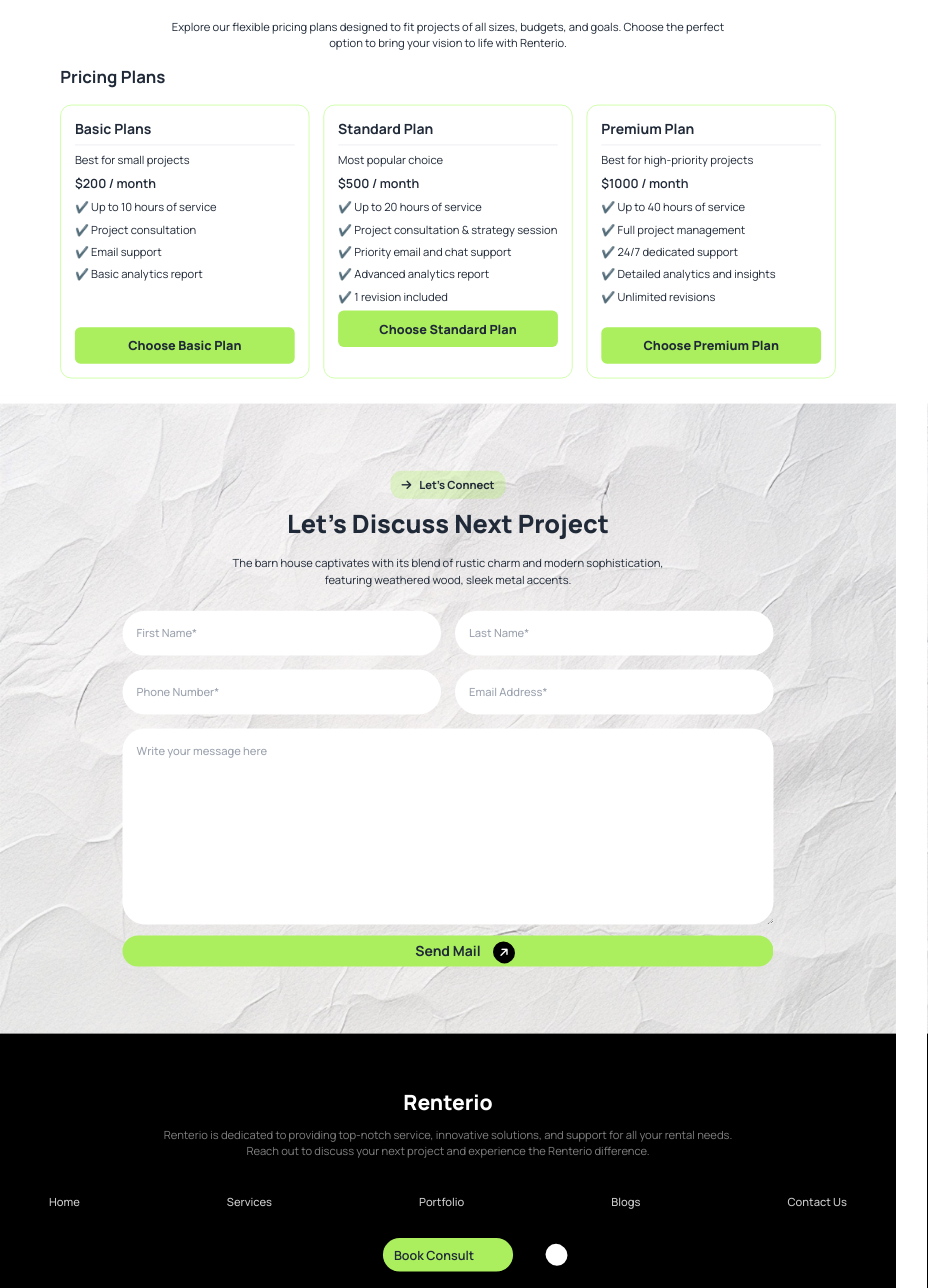
Repository: Tanvir4312/assignment-03
Page: index.html
An editor plug-in stored every save of this project. The page is shown before and after the next save, followed by the edit.
The browser window is 1280 px wide. The page is 1325 px wide, so the pictures cover 1325 px, including what lies to the right of the window. The pictures show the part of the page from y = 3182 to 5022 px (the page is 5022 px tall), at 70% of full size.
Some web libraries are served in a nearby version.

Above is the page before, as saved 2024-10-30 21:48:31.

### index.html
<!DOCTYPE html>
<html lang="en">

<head>
    <meta charset="UTF-8">
    <meta name="viewport" content="width=device-width, initial-scale=1.0">
    <title>Renterio</title>
    <link rel="stylesheet" href="styles/styles.css">
    <!-- DaisyUI -->
    <link href="https://cdn.jsdelivr.net/npm/daisyui@4.12.14/dist/full.min.css" rel="stylesheet" type="text/css" />
    <script src="https://cdn.tailwindcss.com"></script>
    <!-- Icon -->
    <link rel="stylesheet" href="https://cdnjs.cloudflare.com/ajax/libs/font-awesome/6.6.0/css/all.min.css"
        integrity="sha512-Kc323vGBEqzTmouAECnVceyQqyqdsSiqLQISBL29aUW4U/M7pSPA/gEUZQqv1cwx4OnYxTxve5UMg5GT6L4JJg=="
        crossorigin="anonymous" referrerpolicy="no-referrer" />

    <script>
        tailwind.config = {
            theme: {
                extend: {
                    colors: {
                        clifford: '#da373d',
                        bgBtnColor: '#ABEF5F',
                        btnTextAndWorksTextColor: '#1C1C1C',
                        mainColor: '#212121',
                        secondaryColor: '#494949',

                    }
                }
            }
        }
    </script>
</head>

<body class="manrope-font">
    <header>
        <!-- Navbar -->
        <nav class="container mx-auto">
            <div class="navbar relative py-14">
                <div class="navbar-start">
                    <div class="absolute right-0">
                        <div class="dropdown">
                            <div tabindex="0" role="button"
                                class="btn btn-ghost mr-2 lg:hidden border border-[rgba(233,233,233)] rounded-full bg-[#f9f8f8]">
                                <svg xmlns="http://www.w3.org/2000/svg" class="h-5 w-5" fill="none" viewBox="0 0 24 24"
                                    stroke="currentColor">
                                    <path stroke-linecap="round" stroke-linejoin="round" stroke-width="2"
                                        d="M4 6h16M4 12h8m-8 6h16" />
                                </svg>
                            </div>
                            <div class="absolute -left-20">
                                <ul tabindex=""
                                    class="menu menu-sm dropdown-content bg-base-100 rounded-box z-[1] p-2 shadow w-32">
                                    <li><a>Home</a></li>
                                    <li><a>Services</a></li>
                                    <li><a>Portfolio</a></li>
                                    <li><a>Blogs</a></li>
                                    <li><a>Contact Us</a></li>
                                </ul>
                            </div>
                        </div>
                    </div>
                    <i class="fa-solid fa-arrow-right -rotate-45 bg-bgBtnColor p-2 rounded-full	"></i>
                    <a class="btn btn-ghost font-extrabold text-3xl pl-2">Renterio</a>
                </div>
                <div class="navbar-center hidden lg:flex">
                    <ul class="menu menu-horizontal px-1">
                        <li><a class="font-extrabold">Home</a></li>
                        <li><a>Services</a></li>
                        <li><a>Portfolio</a></li>
                        <li><a>Blogs</a></li>
                        <li><a>Contact Us</a></li>
                    </ul>
                </div>

                <div class="navbar-end hidden md:block">
                    <div class="flex justify-end">
                        <div class="flex items-center gap-3 mr-2">
                            <div class="px-3 py-1 border border-[rgba(233,233,233)] rounded-full bg-[#f9f8f8]">
                                <i class="fa-solid fa-magnifying-glass"></i>
                            </div>
                            <div class="px-3 py-1 border border-[rgba(233,233,233)] rounded-full bg-[#f9f8f8]">
                                <i class="fa-solid fa-cart-shopping"></i>
                            </div>
                        </div>
                        <div class="relative ">
                            <button class="btn bg-bgBtnColor rounded-3xl pr-14 text-lg font-semibold">Book
                                Consult</button>
                            <i
                                class="fa-solid fa-arrow-right -rotate-45 bg-black text-white p-2 rounded-full absolute top-2 right-4 "></i>
                        </div>
                    </div>
                </div>
            </div>
        </nav>
        <!-- Banner -->
        <section class="banner text-center">
            <!-- Banner Image -->
            <div class="flex justify-center px-14">
                <img src="./assets/banner.png" alt="">
            </div>
            <!-- Banner Text -->
            <div class="mt-6">
                <h1 class="text-3xl md:text-6xl font-extrabold md:leading-[80px]">A barn house of this design
                    has a <br>striking appearance
                </h1>
                <p class="mt-6 mb-8 px-5">The barn house captivates with its blend of rustic charm and modern
                    sophistication,
                    featuring weathered wood, sleek metal <br> accents, and large windows that flood the space with
                    natural light.</p>
                <!-- Banner Button -->
                <div class="relative flex px-2 md:justify-center md:items-center">
                    <div class="w-full text-start md:text-center">
                        <button
                            class="btn border border-[rgba(171,239,95)] bg-[rgba(171,239,95,0.5)] rounded-3xl mainColor text-xl font-extrabold pr-14 l w-full md:w-52">View
                            Details</button>
                    </div>
                    <div>
                        <i
                            class="fa-solid fa-arrow-right -rotate-45 bg-bgBtnColor p-2 rounded-full absolute bottom-2 right-[590px]"></i>

                        <i
                            class="md:hidden absolute top-3 right-20 fa-solid fa-arrow-right -rotate-45 bg-bgBtnColor p-2 rounded-full"></i>
                    </div>
                </div>
            </div>
        </section>
    </header>

    <main class="bg-[#F4F4F4]">
        <!-- Commercial and Residential Section -->
        <section class="bg-[#F4F4F4] md:my-24 my-5 pt-7 pb-5 md:pb-20">
            <!-- Vector Image -->
            <img class="hidden md:block border-dashed border-2 border-slate-300 py-7 ml-9" src="./assets/Vector.png"
                alt="">
            <div class="md:w-[1140px] mx-auto grid md:grid-cols-2 grid-cols-1 gap-5 p-4 md:p-0">
                <div>
                    <!-- About Us Button -->
                    <div class="flex justify-center md:flex-col">
                        <div class="bg-white w-32 py-2 px-4 rounded-2xl">
                            <i class="fa-solid fa-arrow-right pr-2"></i>
                            <button class="font-bold">About Us</button>
                        </div>
                    </div>
                    <!-- Text -->
                    <div class="mt-4 md:text-start text-center">
                        <h1 class="text-2xl md:text-4xl font-bold mainColor mb-6">We design thoughtful, <br> liveable
                            spaces
                        </h1>
                        <p class="secondaryColor">The barn house captivates with its blend of rustic charm and
                            modern sophistication, featuring weathered wood, sleek metal accents.</p>
                    </div>

                    <div class="flex md:items-center gap-5 my-6 bg-white p-6 rounded-2xl">
                        <!-- Image -->
                        <div>
                            <img src="./assets/commercial.png" alt="">
                        </div>
                        <!-- Text -->
                        <div>
                            <h3 class="text-xl font-extrabold">Commercial</h3>
                            <p><small>The barn house captivates with its blend <br> of rustic charm and modern.</small>
                            </p>
                        </div>
                    </div>
                    <div class="flex md:items-center gap-5 bg-white p-6 rounded-2xl">
                        <!-- Image -->
                        <div>
                            <img src="./assets/residential.png" alt="">
                        </div>
                        <!-- Text -->
                        <div>
                            <h3 class="text-xl font-extrabold">Residential</h3>
                            <p><small>The barn house captivates with its blend <br> of rustic charm and modern.</small>
                            </p>
                        </div>
                    </div>

                </div>
                <!-- Image -->
                <div>
                    <img class="h-60 w-full md:h-[500px]" src="./assets/Rectangle.png" alt="">
                </div>
            </div>
        </section>
        <!-- Works Process section -->
        <section class="md:w-[1140px] mx-auto px-4 md:px-0 md:pb-24">
            <!-- Works Button -->
            <div class="flex justify-center">
                <div class="bg-white py-2 px-4 rounded-2xl">
                    <i class="fa-solid fa-arrow-right pr-2"></i>
                    <button class="font-bold">How We Works</button>
                </div>
            </div>
            <!-- Text -->
            <div class="text-center">
                <h1 class="py-4 md:py-6 text-2xl md:text-4xl font-bold">Our Works Process</h1>
                <p>The barn house captivates with its blend of rustic charm and modern sophistication, <br> featuring
                    weathered wood, sleek metal accents.</p>
            </div>
            <!-- Card -->
            <div class="card grid grid-cols-1 md:grid-cols-4 gap-4 my-8">
                <div class="bg-[rgba(231,193,211)] rounded-2xl p-5">
                    <img src="./assets/concept.png" alt="">
                    <h4 class="py-2 text-xl font-bold">Concept</h4>
                    <p>The barn house captivates with its blend of rustic charm and modern.</p>
                </div>
                <div class="bg-[rgba(239,218,110)] rounded-2xl p-5">
                    <img src="./assets/flow-chart.png" alt="">
                    <h4 class="py-2 text-xl font-bold">Design Process</h4>
                    <p>The barn house captivates with its blend of rustic charm and modern.</p>
                </div>
                <div class="bg-[rgba(164,218,195)] rounded-2xl p-5">
                    <img src="./assets/concept.png" alt="">
                    <h4 class="py-2 text-xl font-bold">Supervision</h4>
                    <p>The barn house captivates with its blend of rustic charm and modern.</p>
                </div>
                <div class="bg-[rgba(119,170,234)] rounded-2xl p-5">
                    <img src="./assets/concept.png" alt="">
                    <h4 class="py-2 text-xl font-bold">Budget Planning</h4>
                    <p>The barn house captivates with its blend of rustic charm and modern.</p>
                </div>
            </div>
        </section>
        <!-- Latest Portfolio Section -->
        <section class="md:bg-white">
            <div class=" md:w-[1140px] mx-auto py-6 px-4 md:pt-20">
                <!-- Latest Works Button -->
                <div class="flex justify-center">
                    <div class="bg-[rgba(171,239,95,0.2)] py-2 px-4 rounded-2xl">
                        <i class="fa-solid fa-arrow-right pr-2"></i>
                        <button class="font-bold">Explore our Latest works</button>
                    </div>
                </div>
                <!-- Text -->
                <div class="text-center">
                    <h1 class="pt-4 pb-6 md:text-4xl text-2xl font-bold">Our Latest Portfolio</h1>
                    <p>The barn house captivates with its blend of rustic charm and modern sophistication, <br>
                        featuring
                        weathered wood, sleek metal accents.</p>
                </div>
                <!-- Latest Portfolio Card First Row -->
                <div class="pt-8 grid grid-cols-1 md:grid-cols-3 gap-5">
                    <!-- First Card -->
                    <div class="md:col-span-2 rounded-2xl ">
                        <div class="md:flex gap-6 border border-[rgba(233,233,233)] rounded-2xl p-5 bg-white">
                            <img src="./assets/img1.png" alt="">
                            <div>
                                <h3 class="text-2xl font-extrabold">Commercial</h3>
                                <p class="pt-4 pb-6">The barn house captivates with its blend of rustic charm and
                                    modern. The barn house
                                    captivates with its blend of rustic charm and modern .</p>

                                <a class="text-xl font-extrabold pr-1" href="">View Details</a>
                                <i class="fa-solid fa-arrow-right -rotate-45 bg-bgBtnColor p-2 rounded-full	"></i>
                            </div>
                        </div>
                    </div>
                    <!-- Second Card -->
                    <div class="border border-[rgba(233,233,233)] rounded-2xl p-5 bg-white">
                        <img src="./assets/img2.png" alt="">
                    </div>

                </div>
                <!-- Latest Portfolio Card Second Row -->
                <div class="grid grid-cols-1 md:grid-cols-4 gap-5 mt-5">
                    <!-- First Card -->
                    <div class="border border-[rgba(233,233,233)] rounded-2xl p-5 bg-white">
                        <img class="h-full w-full" src="./assets/img3.png" alt="">
                    </div>
                    <!-- Second Card -->
                    <div class="md:col-span-2 rounded-2xl ">
                        <div class="md:flex gap-6 border border-[rgba(233,233,233)] rounded-2xl p-5 bg-white">
                            <img src="./assets/img4.png" alt="">
                            <div>
                                <h3 class="text-2xl font-extrabold">Commercial</h3>
                                <p class="pt-4 pb-6">The barn house captivates with its blend of rustic charm and
                                    modern.</p>

                                <a class="text-xl font-extrabold pr-1" href="">View Details</a>
                                <i class="fa-solid fa-arrow-right -rotate-45 bg-bgBtnColor p-2 rounded-full	"></i>
                            </div>
                        </div>
                    </div>
                    <!-- Third Card -->
                    <div class="border border-[rgba(233,233,233)] rounded-2xl p-5 bg-white">
                        <img class="h-full w-full" src="./assets/img5.png" alt="">
                    </div>

                </div>
            </div>
        </section>
        <!-- Perfect Plan Section -->
        <section class="md:bg-white">
            <div class="md:w-[1140px] mx-auto py-6 px-4 md:pt-20">
                <!-- Text -->
                <div class="text-center">
                    <h1 class="text-2xl md:text-4xl font-extrabold">Choose the Perfect Plan for Your Needs</h1>
                    <p class="py-5">Explore our flexible pricing plans designed to fit projects of all sizes, budgets,
                        and goals. Choose the perfect <br> option to bring your vision to life with Renterio.</p>
                </div>
                <p class="text-2xl font-bold pb-6">Pricing Plans</p>
                <!-- Cards -->
                <div class="grid grid-cols-1 md:grid-cols-3 gap-5">
                    <!-- Card-01 -->
                    <div class="border border-[#bdfe8b] p-5 rounded-2xl bg-white">
                        <div class="space-y-2">
                            <h3 class="text-xl font-bold">Basic Plans</h3>
                            <hr>
                            <p>Best for small projects</p>
                            <h5 class="text-lg font-semibold">$200 / month</h5>
                            <li class="list-none">✔️ Up to 10 hours of service</li>
                            <li class="list-none">✔️ Project consultation</li>
                            <li class="list-none">✔️ Email support</li>
                            <li class="list-none">✔️ Basic analytics report</li>
                        </div>

                        <button class="bg-bgBtnColor p-3 rounded-lg text-lg font-extrabold mt-16 w-full">Choose
                            Basic Plan</button>

                    </div>
                    <!-- Card-02 -->
                    <div class="border border-[#bdfe8b] p-5 rounded-2xl bg-white">
                        <div class="space-y-2">
                            <h3 class="text-xl font-bold">Standard Plan</h3>
                            <hr>
                            <p>Most popular choice</p>
                            <h5 class="text-lg font-semibold">$500 / month</h5>
                            <li class="list-none">✔️ Up to 20 hours of service</li>
                            <li class="list-none">✔️ Project consultation & strategy session</li>
                            <li class="list-none">✔️ Priority email and chat support</li>
                            <li class="list-none">✔️ Advanced analytics report</li>
                            <li class="list-none">✔️ 1 revision included</li>
                        </div>

                        <button class="bg-bgBtnColor p-3 rounded-lg text-lg font-extrabold mt-2 w-full">Choose Standard
                            Plan</button>

                    </div>
                    <!-- Card-03 -->
                    <div class="border border-[#bdfe8b] p-5 rounded-2xl bg-white">
                        <div class="space-y-2">
                            <h3 class="text-xl font-bold">Premium Plan</h3>
                            <hr>
                            <p>Best for high-priority projects</p>
                            <h5 class="text-lg font-semibold">$1000 / month</h5>
                            <li class="list-none">✔️ Up to 40 hours of service</li>
                            <li class="list-none">✔️ Full project management</li>
                            <li class="list-none">✔️ 24/7 dedicated support</li>
                            <li class="list-none">✔️ Detailed analytics and insights</li>
                            <li class="list-none">✔️ Unlimited revisions</li>
                        </div>

                        <button class="bg-bgBtnColor p-3 rounded-lg text-lg font-extrabold mt-8 w-full">Choose Premium
                            Plan</button>

                    </div>
                </div>
            </div>
        </section>
    </main>
    <!-- Next Project Section -->
    <section class="next-project mt-3">
        <div class=" md:w-[970px] mx-auto py-7 md:py-24 px-5">
            <!-- Button -->
            <div class="flex justify-center">
                <div class="bg-[rgba(171,239,95,0.3)] py-2 px-4 rounded-2xl">
                    <i class="fa-solid fa-arrow-right pr-2"></i>
                    <button class="font-bold">Let’s Connect</button>
                </div>
            </div>
            <!-- Text -->
            <div class="text-center">
                <h1 class="text-2xl md:text-4xl font-extrabold pt-4">Let’s Discuss Next Project</h1>
                <p class="pt-6 pb-8">The barn house captivates with its blend of rustic charm and modern sophistication,
                    <br> featuring weathered wood, sleek metal accents.
                </p>
            </div>
            <!-- Input Field -->
            <div class="grid grid-cols-1 md:grid-cols-2 gap-5">
                <input class="p-5 rounded-[64px]" type="text" name="" id="" placeholder="First Name*">
                <input class="p-5 rounded-[64px]" type="text" name="" id="" placeholder="Last Name*">
                <input class="p-5 rounded-[64px]" type="text" name="" id="" placeholder="Phone Number*">
                <input class="p-5 rounded-[64px]" type="text" name="" id="" placeholder="Email Address*">
                <textarea class="md:col-span-2 p-5 rounded-[32px]" name="" id="" cols="30" rows="10"
                    placeholder="Write your message here"></textarea>
            </div>
            <!-- Button -->
            <div class="relative">
                <button class="bg-bgBtnColor w-full text-xl font-bold py-2 rounded-[32px] mt-4">Send Mail</button>
                <i
                    class="fa-solid fa-arrow-right -rotate-45 bg-black text-white p-2 rounded-full md:absolute md:top-6 md:right-[370px] hidden md:block"></i>
                <i
                    class="fa-solid fa-arrow-right -rotate-45 bg-black text-white p-2 rounded-full absolute top-6 right-14 md:hidden"></i>
            </div>
        </div>
    </section>

    <footer class="bg-black">
        <div class="md:w-[1140px] mx-auto py-6">
            <div class="text-center text-white">
                <h1 class="text-xl md:text-3xl font-extrabold pt-14">Renterio</h1>
                <p class="pt-4 pb-12 opacity-50">Renterio is dedicated to providing top-notch service, innovative solutions, and support for all your rental needs. <br> Reach out to discuss your next project and experience the Renterio difference.</p>
            </div>
            <div class="md:flex  justify-between text-white font-medium opacity-80">
                <p><a href="">Home</a></p>
                <p><a href="">Services</a></p>
                <p><a href="">Portfolio</a></p>
                <p><a href="">Blogs</a></p>
                <p><a href="">Contact Us</a></p>
            </div>

            <div class="relative ">
                <div class="flex justify-center mt-10">
                    <button class="btn bg-bgBtnColor rounded-3xl pr-14 text-lg font-semibold border-none">Book
                        Consult</button>
                </div>
                <i
                    class="fa-solid fa-arrow-right -rotate-45 bg-white text-white p-2 rounded-full absolute top-2 right-[400px] "></i>
            </div>

        </div>
    </footer>
</body>

</html>

### styles/styles.css
/* Font */
@import url('https://fonts.googleapis.com/css2?family=Manrope:wght@200..800&display=swap');


.manrope-font {
  font-family: "Manrope", sans-serif;
}

/* Next Project Section */
.next-project{
  background-image: url('/assets/bg.jpg');
  background-repeat: no-repeat;
  background-position: center;
  background-size: cover;
}

::placeholder{
  font-weight: 500;

}

After the next save:
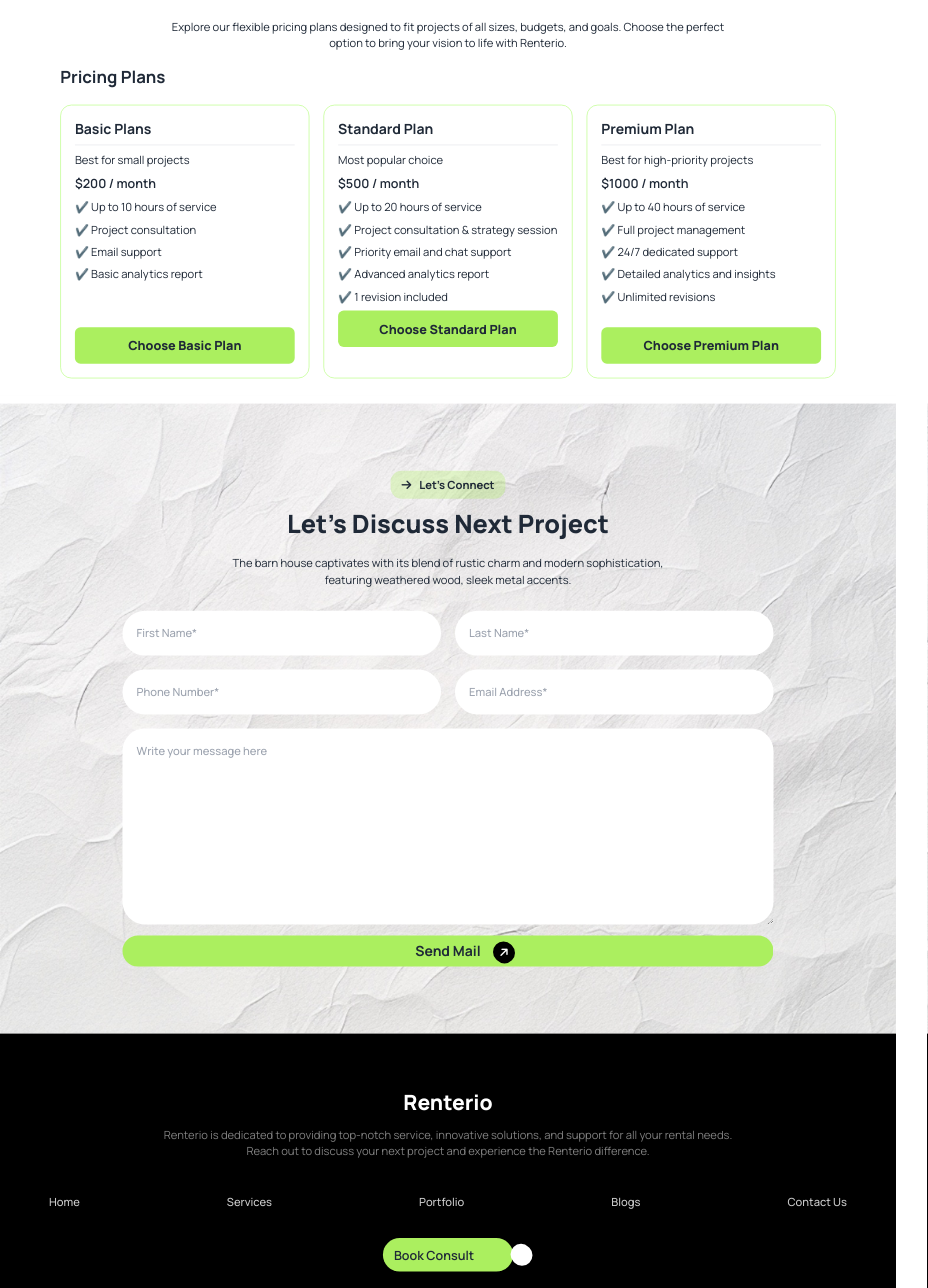
Saved 8 s later.
--- a/index.html
+++ b/index.html
@@ -416,7 +416,7 @@
                         Consult</button>
                 </div>
                 <i
-                    class="fa-solid fa-arrow-right -rotate-45 bg-white text-white p-2 rounded-full absolute top-2 right-[400px] "></i>
+                    class="fa-solid fa-arrow-right -rotate-45 bg-white text-white p-2 rounded-full absolute top-2 right-[450px] "></i>
             </div>
 
         </div>
